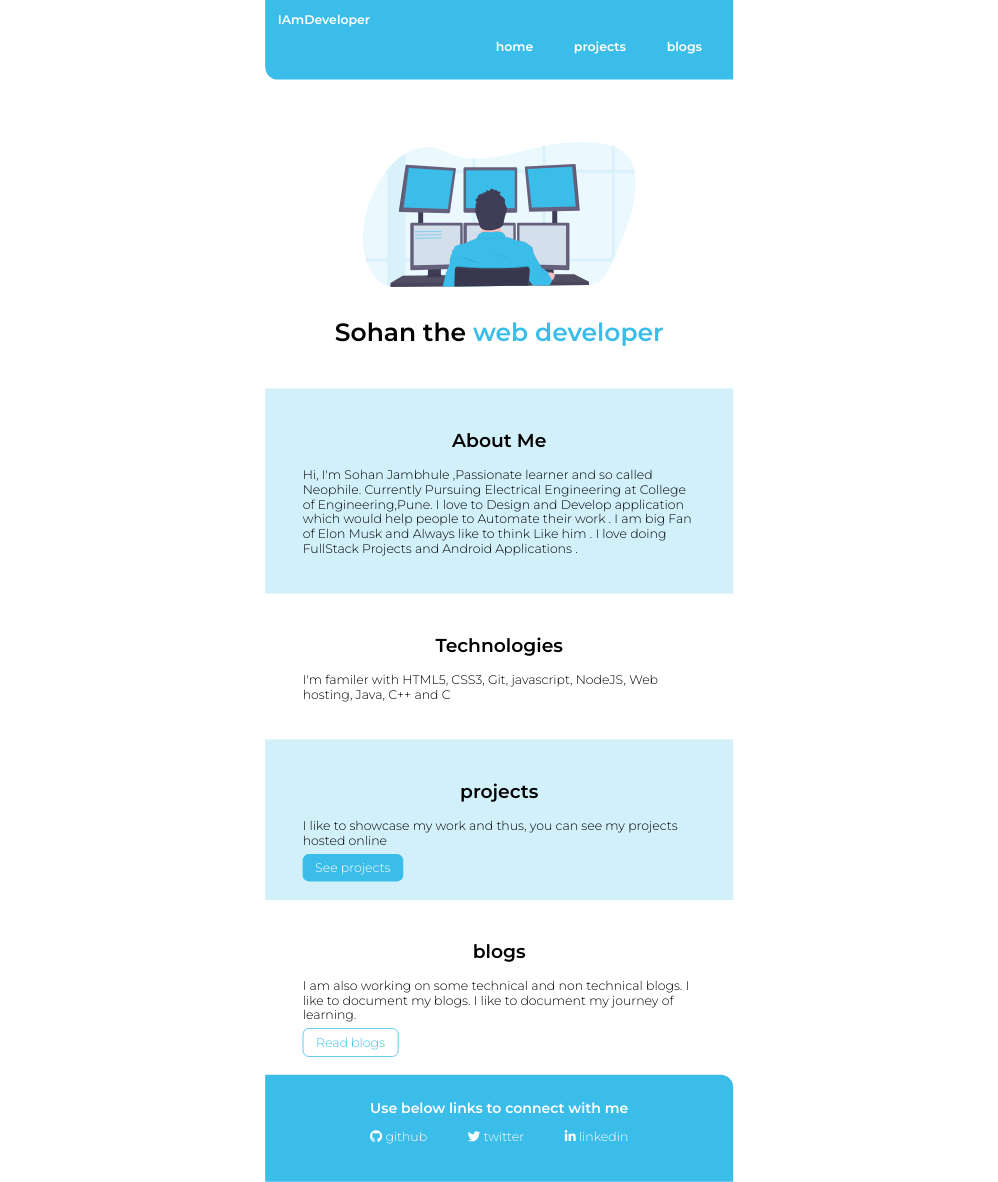
Repository: sohan2503001/Portfolio
Page: index.html
The author's editor kept a copy of each file at every save. The page is drawn from the files as they stood at one save, then again after the next save.
The browser window is 1280 px wide. The pictures show the whole page, at 78% of full size.

Above is the page before, as saved 2021-04-06 23:25:05.

### index.html
<!DOCTYPE html>
<html lang="en">

<head>
  <meta charset="UTF-8" />
  <meta name="viewport" content="width=device-width, initial-scale=1.0" />
  <title>home | Sohan Jambhule</title>
  <link rel="stylesheet" href="style.css" />
  <link rel="stylesheet" href="https://cdnjs.cloudflare.com/ajax/libs/font-awesome/5.15.1/css/all.min.css">
  <link rel="icon" href="images/favicon.svg" sizes="any" type="image/svg+xml">

</head>

<body>

  <nav class="navigation container">
    <div class="nav-brand">IAmDeveloper</div>
    <ul class="list-non-bullet nav-pills">
      <li class="list-item-inline">
        <a class="link link-active" href="/">home</a>
      </li>
      <li class="list-item-inline">
        <a class="link link-active" href="projects.html">projects</a>
      </li>
      <li class="list-item-inline">
        <a class="link link-active" href="blogs.html">blogs</a>
      </li>
    </ul>
  </nav>

  <header class="hero">
    <img class="hero-img" src="images/hero.svg" alt="" />
    <h1 class="hero-heading">
      Sohan the <span class="heading-inverted"> web developer</span>
    </h1>
  </header>

  <section class="section ow">
    <div class="container container-center">
      <h1>About Me</h1>
      <p>
        Hi, I'm Sohan Jambhule ,Passionate learner and so called Neophile.
        Currently Pursuing Electrical Engineering at College of Engineering,Pune.
        I love to Design and Develop application which would help people to Automate their work . I am big Fan of Elon
        Musk and Always like to think
        Like him . I love doing FullStack Projects and Android Applications .
      </p>
    </div>
  </section>

  <section class="section">
    <div class="container container-center">
      <h1>Technologies</h1>
      <p>
        I'm familer with HTML5, CSS3, Git, javascript, NodeJS, Web hosting,
        Java, C++ and C
      </p>
    </div>
  </section>

  <section class="section ow">
    <div class="container container-center">
      <h1>projects</h1>
      <p>
        I like to showcase my work and thus, you can see my projects hosted
        online
      </p>
      <a class="link link-primary" href="projects.html">See projects</a>
    </div>
  </section>

  <section class="section ">
    <div class="container container-center">
      <h1>blogs</h1>
      <p>
        I am also working on some technical and non technical blogs. I like to
        document my blogs. I like to document my journey of learning.
      </p>
      <a class="link link-secondary" href="blogs.html">Read blogs</a>
    </div>
  </section>

  <footer class="footer">
    <div class="footer-header">Use below links to connect with me</div>
    <ul class="social-links list-non-bullet">
      <li class="list-item-inline">
        <a class="link" href="https://github.com/sohan2503001" target="_blank"><i class="fab fa-github"
            aria-hidden="true"></i>
          github
        </a>
      </li>
      <li class="list-item-inline">
        <a class="link" href="https://twitter.com/JambhuleSohan" target="_blank"><i class="fab fa-twitter"></i>
          twitter
        </a>
      </li>
      <li class="list-item-inline">
        <a class="link" href="https://www.linkedin.com/in/sohan-jambhule-144528198/" target="_blank"><i
            class="fab fa-linkedin-in"></i>
          linkedin
        </a>
      </li>

    </ul>
  </footer>

</body>

</html>

### style.css
@import url('https://fonts.googleapis.com/css2?family=Montserrat:wght@300;600&display=swap');

:root{
    --primary-color: #3BBDEA;
    --dark-gray: #4B5563;
    --off-white: #d1f0fa;
}

body {
    font-family: 'Montserrat', sans-serif;
    margin: auto;
    max-width: 600px;
    width: 100%;
}

hr{
    margin: 2rem 0rem;
}

/** container **/
.container{
    padding: 0rem 1rem;
}

.container-center{
    max-width: 600px;
    margin: auto;
}

/** links **/
.link{
    text-decoration: none;
    padding: 0.5rem 1rem;
    /*margin: 1rem 0rem 1rem 0rem;*/
}

.link-primary{
    background-color: var(--primary-color);
    border-radius: 0.5rem;
    color:white;
}

.link-secondary{
    color: var(--primary-color);
    border-radius: 0.5rem;
    border: 1px solid var(--primary-color);
}

/** lists **/

.list-non-bullet{
    list-style: none;
}

.list-item-inline{
    display: inline;
    padding: 0rem 0.5rem;
}

/** navigation **/

.navigation{
    background-color: var(--primary-color);
    color: white;
    padding: 1rem;
    border-bottom-left-radius: 1rem;
}

.navigation .nav-brand{
    font-weight: bold;
}

.navigation .nav-pills{
    text-align: right;
}

.navigation .link{
    color: white;
}

.navigation .link-active{
    font-weight: bold;
}

/**header **/

.hero{
    padding: 2rem;
    padding-top: 5rem;
}

.hero .hero-img{
    max-width: 350px;
    display: block;
    margin: auto;
}

.hero .hero-heading{
    padding-top: 1rem;
    color: var(--dark-red);
    text-align: center;
}

.hero .hero-heading .heading-inverted{
    color: var(--primary-color)
}

/** section **/
.section{
    padding: 2rem;
}

.section h1{
    text-align: center;
}

.ow {
    background-color: var(--off-white);
}

/**footer **/

.footer{
    background-color: var(--primary-color);
    padding: 2rem 1rem;
    text-align: center;
    color: white;
    border-top-right-radius: 1rem;
    position: relative;
}

.footer .link{
    color: white;
}

.footer .footer-header{
    font-weight: bold;
    font-size: large;
}

.footer ul{
    padding-inline-start: 0px;
}

After the next save:
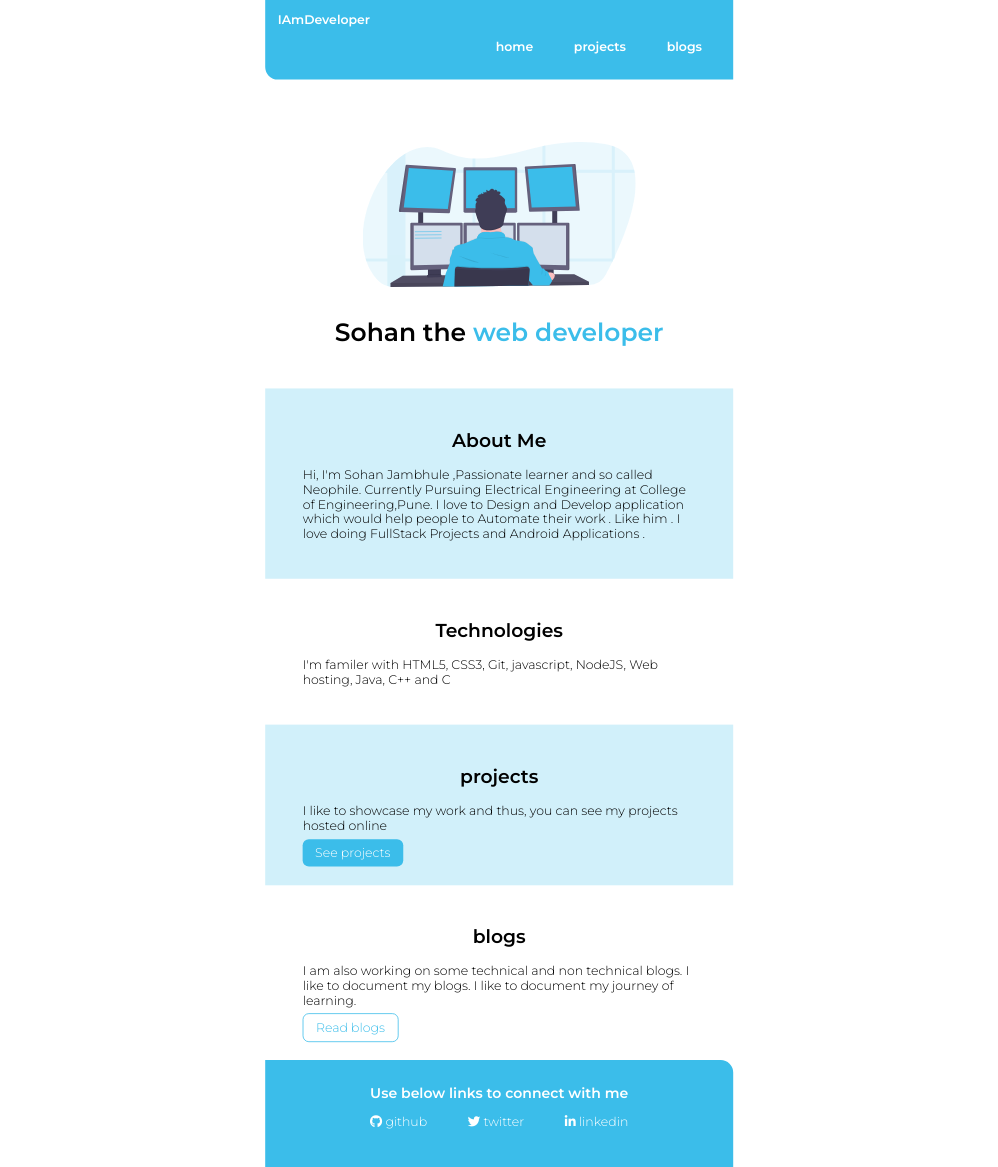
Saved 9 s later.
--- a/index.html
+++ b/index.html
@@ -41,8 +41,7 @@
       <p>
         Hi, I'm Sohan Jambhule ,Passionate learner and so called Neophile.
         Currently Pursuing Electrical Engineering at College of Engineering,Pune.
-        I love to Design and Develop application which would help people to Automate their work . I am big Fan of Elon
-        Musk and Always like to think
+        I love to Design and Develop application which would help people to Automate their work .
         Like him . I love doing FullStack Projects and Android Applications .
       </p>
     </div>
